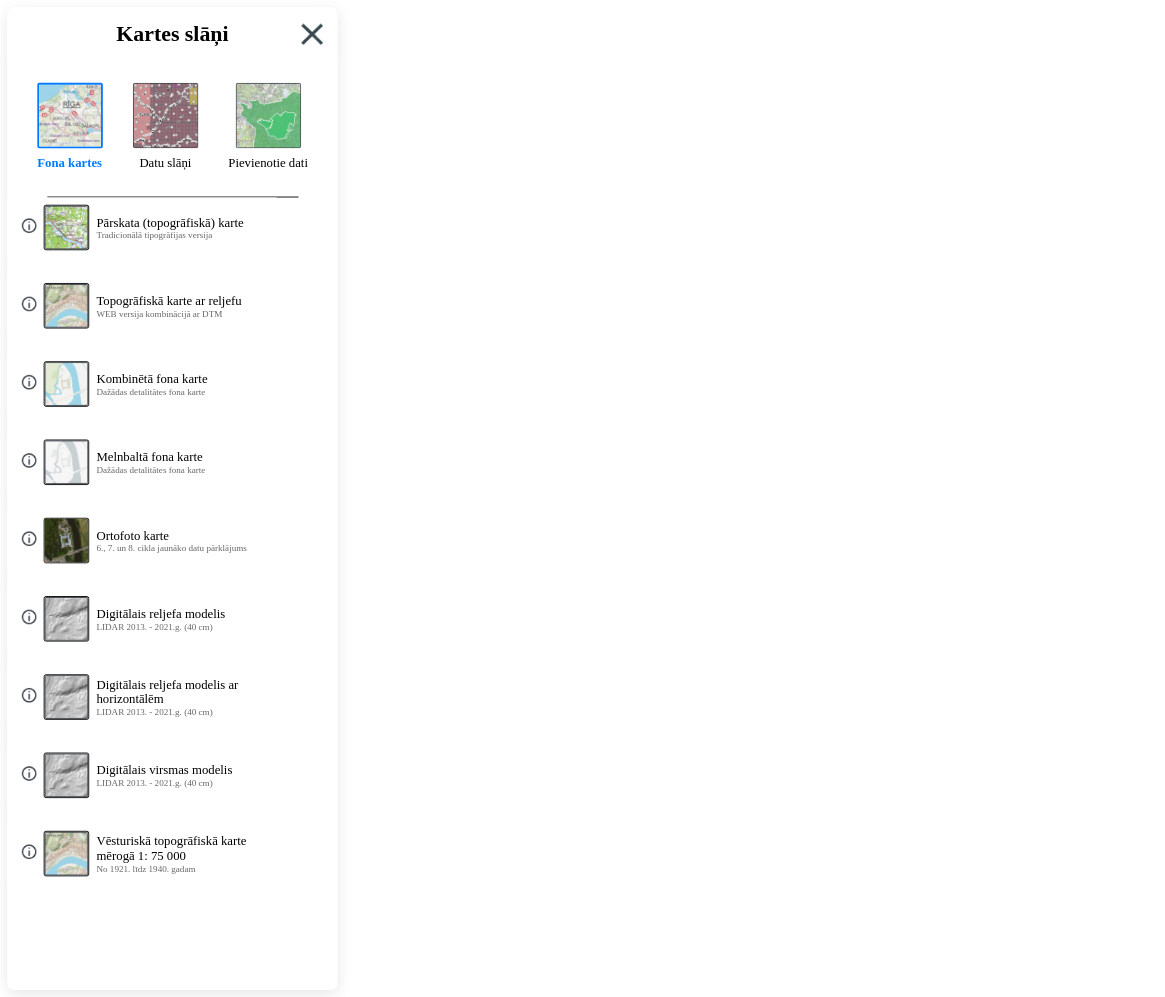
Repository: Kringelis/KP_kar-usl-i
Page: /
An editor plug-in stored every save of this project. The page is shown before and after the next save, followed by the edit.
The browser window is 1280 px wide. The pictures show the whole page, at 91% of full size.
The project was rebuilt for these pictures with package versions that can differ from the ones it lists, and the page was loaded fresh each time. Also part of the build but not shown: src/components/DatuSlani.scss, src/components/DatuSlani.jsx, src/components/PievienotieDati.scss, src/components/PievienotieDati.jsx, src/App.scss.

Above is the page before, as saved 2024-06-17 16:50:28.

### public/index.html
<!DOCTYPE html>
<html lang="en">
  <head>
    <link
      rel="stylesheet"
      href="https://fonts.googleapis.com/css2?family=Inter:wght@400;500;700&display=swap"
    />

    <meta charset="UTF-8" />
    <meta name="viewport" content="width=device-width, initial-scale=1.0" />
    <title>React App</title>
  </head>
  <body>
    <noscript>You need to enable JavaScript to run this app.</noscript>
    <div id="root"></div>
  </body>
</html>

### src/App.js
import React from "react";
import Sidebar from "./components/Sidebar";
import "./App.scss";

function App() {
  return (
    <div className="App">
      <header className="App-header">
        <Sidebar />
      </header>
    </div>
  );
}

export default App;

### src/components/Sidebar.jsx
import React, { useState } from "react";
import FonaKartes from "./FonaKartes";
import DatuSlani from "./DatuSlani";
import PievienotieDati from "./PievienotieDati";
import "./Sidebar.scss";

import pirmais from "./pirmais.png";
import otrais from "./otrais.png";
import tresais from "./tresais.png";
import close from "./close.png";

const Sidebar = () => {
  const [activeSection, setActiveSection] = useState("FonaKartes");

  return (
    <div className="sidebar">
      <div className="sidebar-header">
        <div className="sidebar-title">Kartes slāņi</div>
        <img src={close} alt="Close" className="close-icon" />
      </div>
      <div className="sidebar-tabs">
        <div
          className={`tab ${activeSection === "FonaKartes" ? "active" : ""}`}
          onClick={() => setActiveSection("FonaKartes")}
        >
          <img src={pirmais} alt="Fona kartes" className="tab-square" />
          <div className="tab-text">Fona kartes</div>
        </div>
        <div
          className={`tab ${activeSection === "DatuSlani" ? "active" : ""}`}
          onClick={() => setActiveSection("DatuSlani")}
        >
          <img src={otrais} alt="Datu slāņi" className="tab-square" />
          <div className="tab-text">Datu slāņi</div>
        </div>
        <div
          className={`tab ${
            activeSection === "PievienotieDati" ? "active" : ""
          }`}
          onClick={() => setActiveSection("PievienotieDati")}
        >
          <img src={tresais} alt="Pievienotie dati" className="tab-square" />
          <div className="tab-text">Pievienotie dati</div>
        </div>
      </div>
      <div className="dividing-line"></div>{" "}
      {/* Added horizontal dividing line */}
      <div className="sidebar-content">
        {activeSection === "FonaKartes" && <FonaKartes />}
        {activeSection === "DatuSlani" && <DatuSlani />}
        {activeSection === "PievienotieDati" && <PievienotieDati />}
      </div>
    </div>
  );
};

export default Sidebar;

### src/components/FonaKartes.jsx
import React, { useState } from "react";
import "./FonaKartes.scss";
import copy from "./copyright.png";
import one from "./Rectangle 4.png";
import two from "./Rectangle 4(1).png";
import three from "./Rectangle 4(2).png";
import four from "./Rectangle 4(3).png";

import six from "./Rectangle 4(5).png";
import seven from "./Rectangle 4(6).png";
import eight from "./Rectangle 4(7).png";
import nine from "./Rectangle 4(8).png";

const FonaKartes = () => {
  const [activeItem, setActiveItem] = useState(null);
  const [sliderValues, setSliderValues] = useState({});

  const items = [
    {
      id: 1,
      title: "Pārskata (topogrāfiskā) karte",
      subtitle: "Tradicionālā tipogrāfijas versija",
      image: one,
      tooltip: "LĢIA",
    },
    {
      id: 2,
      title: "Topogrāfiskā karte ar reljefu",
      subtitle: "WEB versija kombinācijā ar DTM",
      image: two,
      tooltip: "LĢIA",
    },
    {
      id: 3,
      title: "Kombinētā fona karte",
      subtitle: "Dažādas detalitātes fona karte",
      image: three,
      tooltip: "LĢIA",
    },
    {
      id: 4,
      title: "Melnbaltā fona karte",
      subtitle: "Dažādas detalitātes fona karte",
      image: four,
      tooltip: "LĢIA",
    },
    {
      id: 5,
      title: "Ortofoto karte",
      subtitle: "6., 7. un 8. cikla jaunāko datu pārklājums",
      image: nine,
      tooltip: "LĢIA",
    },
    {
      id: 6,
      title: "Digitālais reljefa modelis",
      subtitle: "LIDAR 2013. - 2021.g. (40 cm)",
      image: six,
      tooltip: "LĢIA",
    },
    {
      id: 7,
      title: "Digitālais reljefa modelis ar horizontālēm",
      subtitle: "LIDAR 2013. - 2021.g. (40 cm)",
      image: seven,
      tooltip: "LĢIA",
    },
    {
      id: 8,
      title: "Digitālais virsmas modelis",
      subtitle: "LIDAR 2013. - 2021.g. (40 cm)",
      image: seven,
      tooltip: "LĢIA",
    },
    {
      id: 9,
      title: "Vēsturiskā topogrāfiskā karte mērogā 1: 75 000",
      subtitle: "No 1921. līdz 1940. gadam",
      image: eight,
      tooltip: "LĢIA",
    },
  ];

  const handleItemClick = (id) => {
    setActiveItem(id);
    if (!sliderValues.hasOwnProperty(id)) {
      setSliderValues((prevValues) => ({
        ...prevValues,
        [id]: 50,
      }));
    }
  };

  const handleSliderChange = (id, value) => {
    setSliderValues((prevValues) => ({
      ...prevValues,
      [id]: value,
    }));
  };

  return (
    <div className="fona-kartes">
      {items.map((item) => (
        <div
          key={item.id}
          className={`fona-kartes-item ${
            activeItem === item.id ? "active" : ""
          }`}
          onClick={() => handleItemClick(item.id)}
        >
          <div className="icon-container">
            <img
              src={copy}
              alt="info"
              className="info-icon"
              onClick={(e) => e.stopPropagation()}
            />
            <div className="tooltip">{item.tooltip}</div>
          </div>
          <div className="item-square">
            <img src={item.image} alt={`Kartes ikona`} />
          </div>
          <div className="item-text">
            <div className="item-title">{item.title}</div>
            <div className="item-subtitle">{item.subtitle}</div>
            {activeItem === item.id && (
              <div className="slider-container">
                <div
                  className="hollow-square"
                  onClick={(e) => {
                    e.stopPropagation();
                    handleSliderChange(item.id, 0);
                  }}
                ></div>
                <input
                  type="range"
                  className="item-slider"
                  value={sliderValues[item.id] || 0}
                  onChange={(e) =>
                    handleSliderChange(item.id, parseInt(e.target.value))
                  }
                />
                <div
                  className="black-square"
                  onClick={(e) => {
                    e.stopPropagation();
                    handleSliderChange(item.id, 100);
                  }}
                ></div>
              </div>
            )}
          </div>
        </div>
      ))}
    </div>
  );
};

export default FonaKartes;

### src/components/Sidebar.scss
.sidebar {
  width: 363px;
  height: 1080px;
  background-color: #ffffff;
  box-shadow: 0px 4px 16px rgba(0, 0, 0, 0.1);
  border-radius: 8px;
  overflow: hidden;
  position: relative;

  .sidebar-header {
    display: flex;
    justify-content: center;
    align-items: center;
    padding: 16px;
    background-color: #ffffff;
    position: relative;

    .sidebar-title {
      font-size: 24px;
      font-weight: bold;
      color: #000000;
    }
    &.active {
      color: #007bff;
    }

    .close-icon {
      width: 24px;
      height: 24px;
      cursor: pointer;
      position: absolute;
      right: 16px;
    }
  }

  .sidebar-tabs {
    display: flex;
    justify-content: space-around;
    padding: 16px;

    .tab {
      display: flex;
      flex-direction: column;
      align-items: center;
      font-size: 14px;
      color: #000000;
      cursor: pointer;
      padding: 8px 0;

      border-radius: 10%;
      transition: background-color 0.3s ease, color 0.3s ease;

      &.active {
        .tab-square {
          border: 2px solid #007bff;
          box-sizing: border-box;
          border-radius: 3%;
        }
        .tab-text {
          color: #007bff;
          font-weight: bold;
        }
      }

      &:hover {
        background-color: #f8f9fa;
      }

      .tab-square {
        width: 72px;
        height: 72px;
        margin-bottom: 8px;
        display: flex;
        border-radius: 3%;
        justify-content: center;
        align-items: center;
        box-sizing: border-box;
      }

      .tab-image {
        width: 100%;
        height: 100%;
        object-fit: cover;
      }

      .tab-text {
        text-align: center;
      }
    }
  }

  .sidebar-content {
    //padding: 16px;
  }

  .dividing-line {
    width: 276px;
    height: 1px;
    background-color: #000;
    margin: 0 auto;
    margin-top: 5px;
  }
}

### src/components/FonaKartes.scss
.fona-kartes {
  display: flex;
  flex-direction: column;
  gap: 20px;

  .fona-kartes-item {
    width: 264px;
    padding: 8px 16px;
    background-color: #ffffff;
    display: flex;

    align-items: center;
    font-size: 14px;
    color: #000000;
    opacity: 1;
    transition: background-color 0.3s ease, color 0.3s ease;
    position: relative;
    cursor: pointer;

    &:hover {
      background-color: #e0e0e0;
    }

    &.active {
      .item-title {
        color: #007bff;
      }

      .item-slider {
        display: block;
      }
      .item-square {
        border: 1px solid #007bff;
        border-radius: 5%;
      }
    }

    .info-icon {
      width: 16px;
      height: 16px;
      margin-right: 8px;
    }

    .icon-container {
      position: relative;
      display: inline-block;
    }

    .tooltip {
      visibility: hidden;
      position: absolute;
      top: -40px;
      left: 50%;
      transform: translateX(-50%);
      background-color: #fff;
      color: #000;
      padding: 5px;
      box-shadow: 0px 4px 8px rgba(0, 0, 0, 0.1);
      border-radius: 3px;
      font-size: 12px;
      white-space: nowrap;
      z-index: 1;
      opacity: 0;
      transition: opacity 0.3s, box-shadow 0.3s;
      text-align: center;

      &::after {
        content: "";
        position: absolute;
        bottom: -5px;
        left: 50%;
        transform: translateX(-50%);
        width: 0;
        height: 0;
        border-left: 5px solid transparent;
        border-right: 5px solid transparent;
        border-top: 5px solid #fff;
        box-shadow: 0px 4px 8px rgba(0, 0, 0, 0.1);
      }
    }

    .icon-container:hover .tooltip {
      visibility: visible;
      opacity: 1;
    }

    .item-square {
      width: 48px;
      height: 48px;
      border: 1px solid #000;
      border-radius: 5%;
      display: flex;
      align-items: center;
      justify-content: center;
      margin-right: 8px;
      flex-shrink: 0;
    }

    .item-text {
      display: flex;
      flex-direction: column;
      gap: 0px;
    }

    .item-title {
      //font-weight: bold;
    }

    .item-subtitle {
      font-size: 10px;
      color: #666;
    }

    .slider-container {
      display: flex;
      align-items: center;
      gap: 4px;
      margin-top: 4px;

      .hollow-square {
        width: 7px;
        height: 7px;
        border: 1px solid #000;
      }

      .item-slider {
        -webkit-appearance: none;
        background: #000;
        height: 2px;
        width: 80px;
      }

      .item-slider::-webkit-slider-thumb {
        -webkit-appearance: none;
        appearance: none;
        width: 8px;
        height: 8px;
        background: #000;
        cursor: pointer;
        border-radius: 50%;
        box-shadow: 0px 0px 2px rgba(0, 0, 0, 0.5);
      }

      .black-square {
        width: 8px;
        height: 8px;
        background-color: #000;
      }
    }
  }
}

Loaded but not shown: src/index.js (common file); src/reportWebVitals.js (common file); src/index.css (no stored copy; drawn as an empty file)

After the next save:
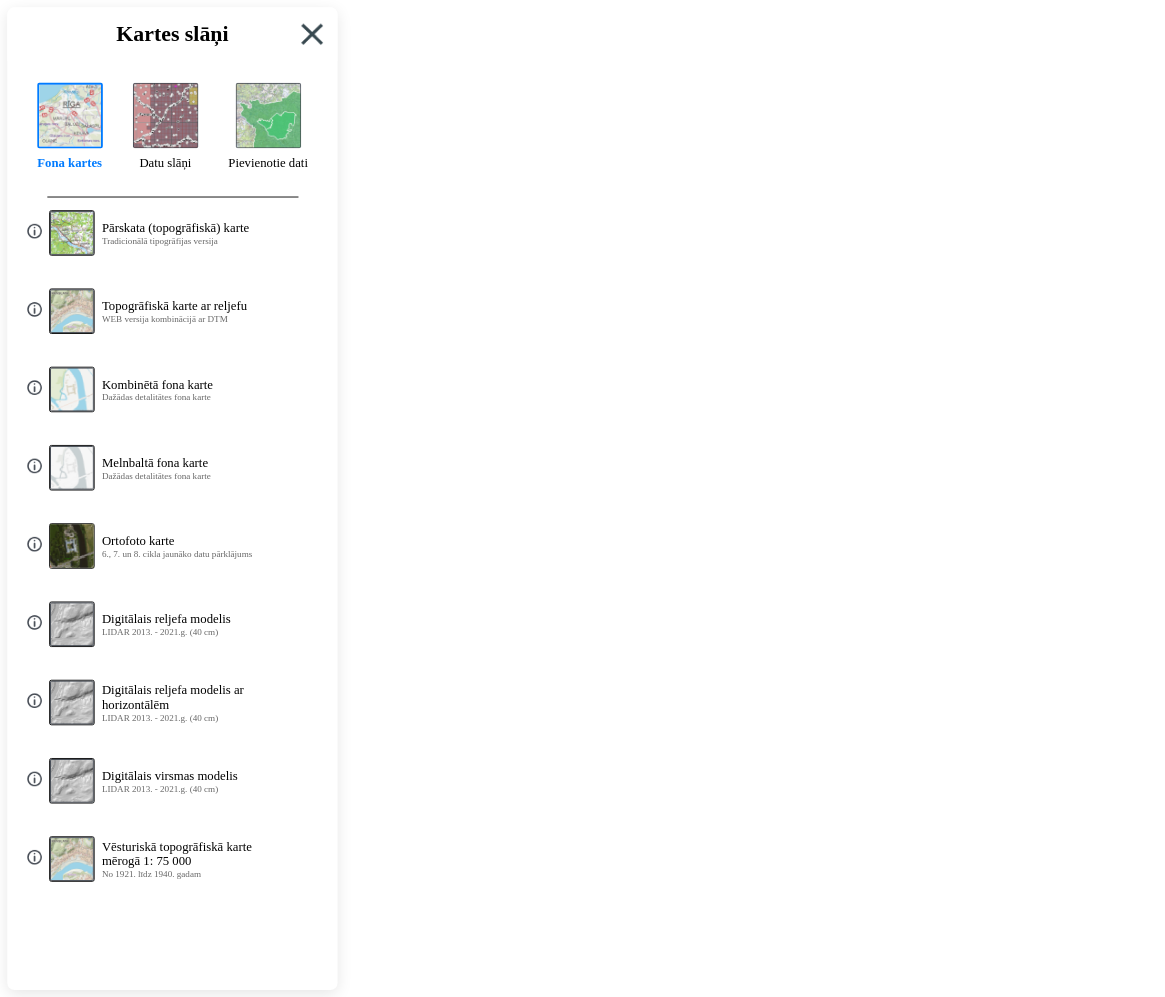
Saved 32 s later.
--- a/src/components/Sidebar.scss
+++ b/src/components/Sidebar.scss
@@ -90,7 +90,7 @@
   }
 
   .sidebar-content {
-    //padding: 16px;
+    padding: 6px;
   }
 
   .dividing-line {
